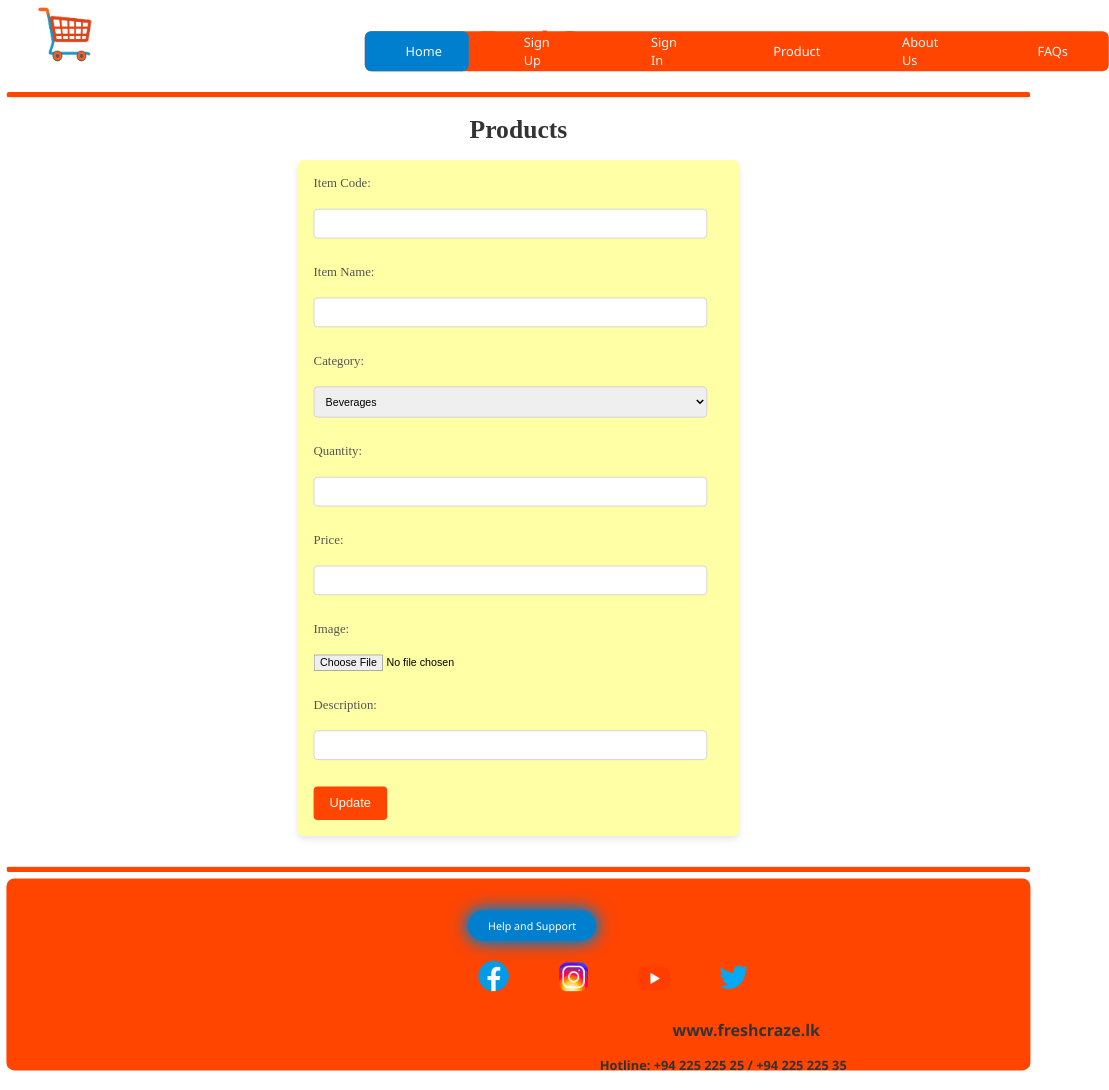
Repository: shanika2002/FreshCraze
Page: http://localhost/itemDem/product.jsp
An editor plug-in stored every save of this project. The page is shown before and after the next save, followed by the edit.
The browser window is 1280 px wide. The page is 1386 px wide, so the pictures cover 1386 px, including what lies to the right of the window. The pictures show the whole page, at 80% of full size.
The page is served by Tomcat 9.

Above is the page before, as saved 2024-05-13 19:04:26.

After the next save:
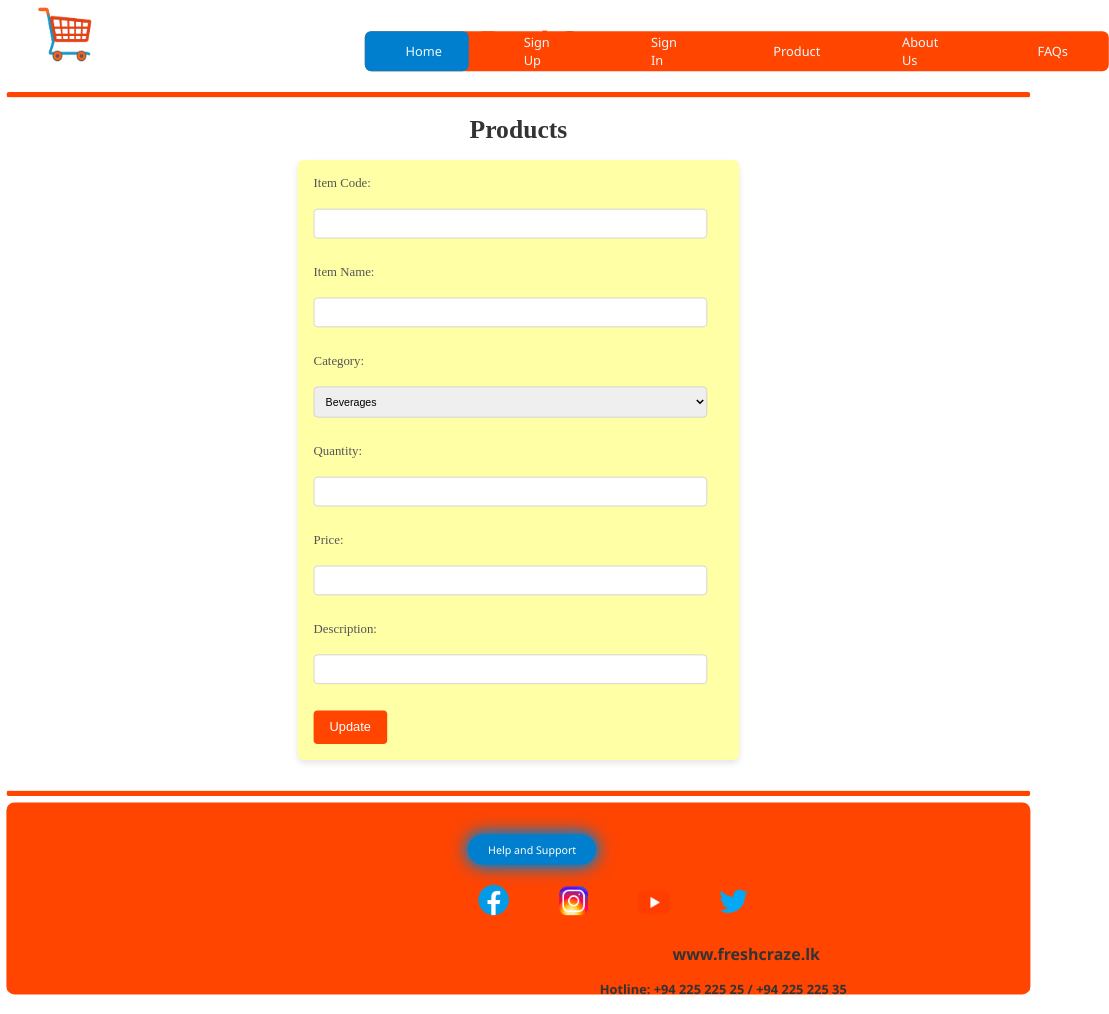
Saved 78 s later.
--- a/itemDem/src/main/webapp/product.jsp
+++ b/itemDem/src/main/webapp/product.jsp
@@ -57,9 +57,6 @@
         <label for="price">Price:</label><br>
         <input type="text" id="price" name="price" required value="${item.price }"><br><br>
 
-        <label for="image">Image:</label><br>
-        <input type="file" id="image" name="image" value="${item.image }"><br><br>
-
         <label for="description">Description:</label><br>
         <input type="text" id="description" name="description"  required value="${item.description }"><br><br>
 
@@ -69,7 +66,6 @@
        <input type="hidden" name="category" value="${item.category }">
        <input type="hidden" name="quantity" value="${item.quantity }">
        <input type="hidden" name="price" value="${item.price }">
-       <input type="hidden" name="image" value="${item.image }">
        <input type="hidden" name="description" value="${item.description }">
 
        <input type = "submit" value = "Update">
